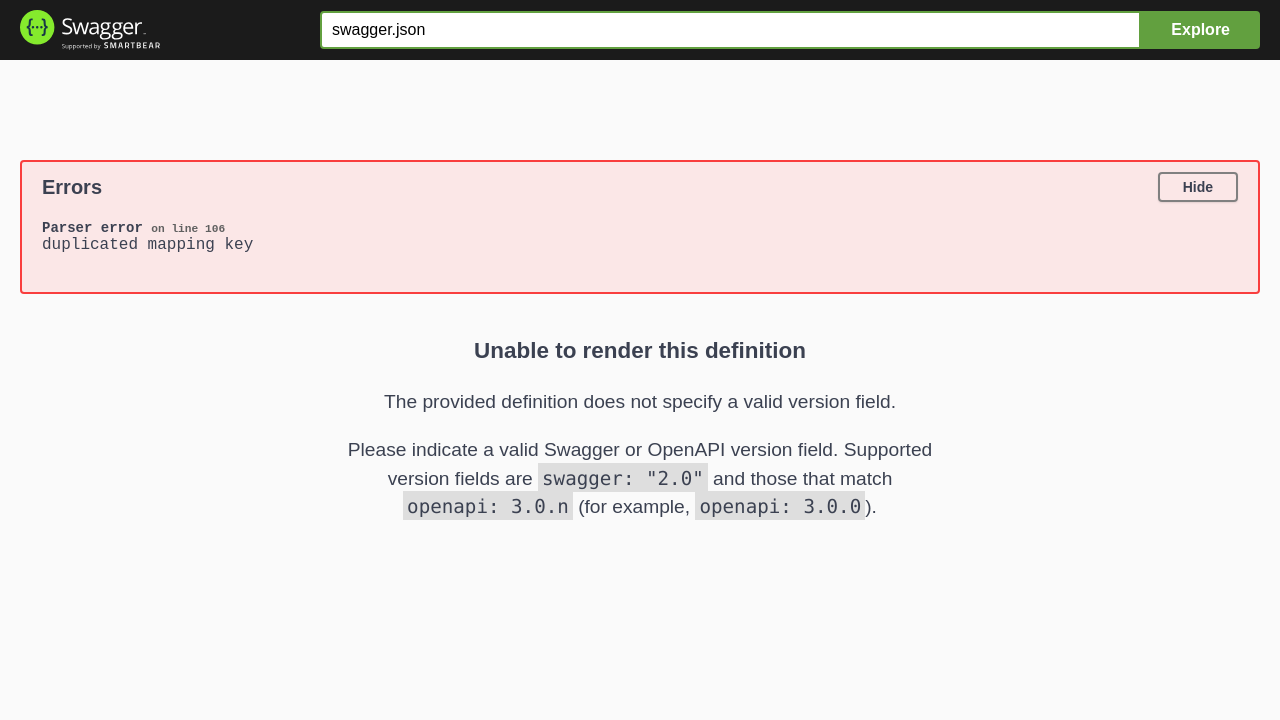
Repository: alrehman24/adara
Page: public/api-docs/index.html
An editor plug-in stored every save of this project. The page is shown before and after the next save, followed by the edit.
The browser window is 1280 px wide. The pictures show the whole page.

Above is the page before, as saved 2025-05-25 19:43:39.

After the next save:
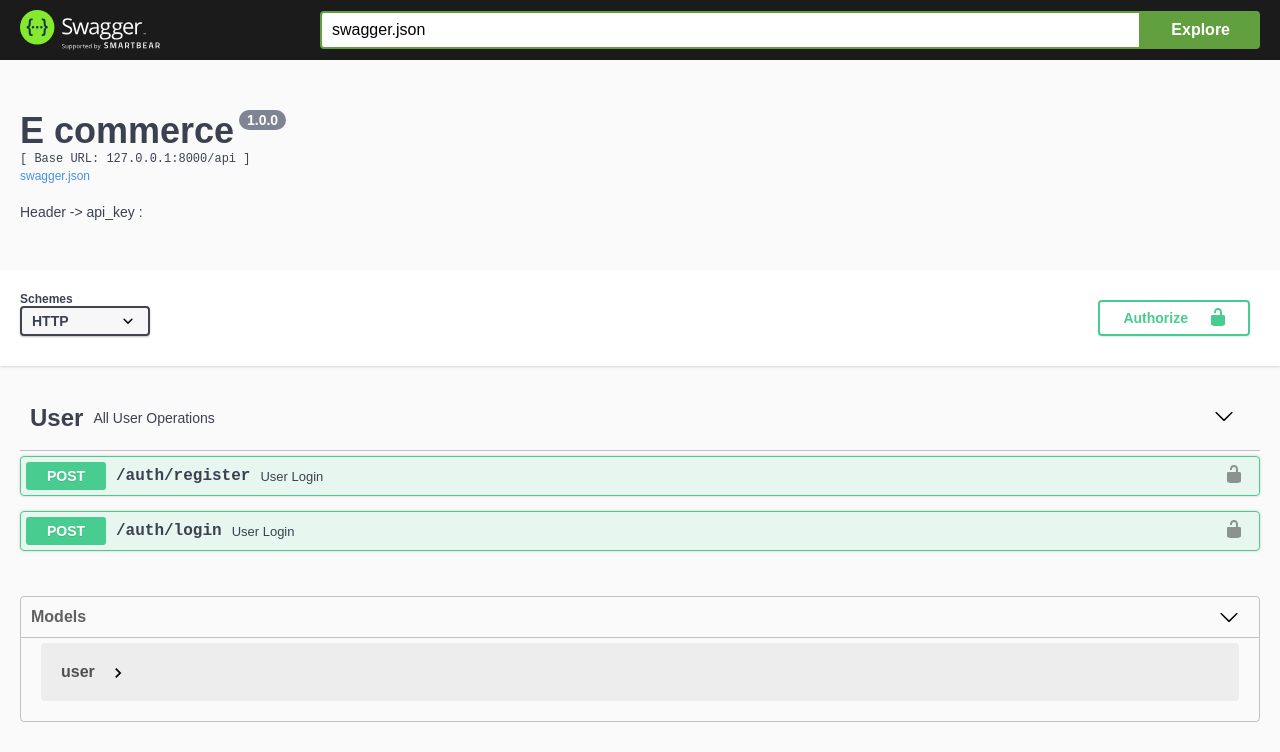
Saved 16 s later.
--- a/public/api-docs/swagger.json
+++ b/public/api-docs/swagger.json
@@ -59,7 +59,7 @@
           }
         }
       }
-    },  "/auth/register": {
+    },  "/auth/login": {
         "post": {
           "tags": [
             "User"
